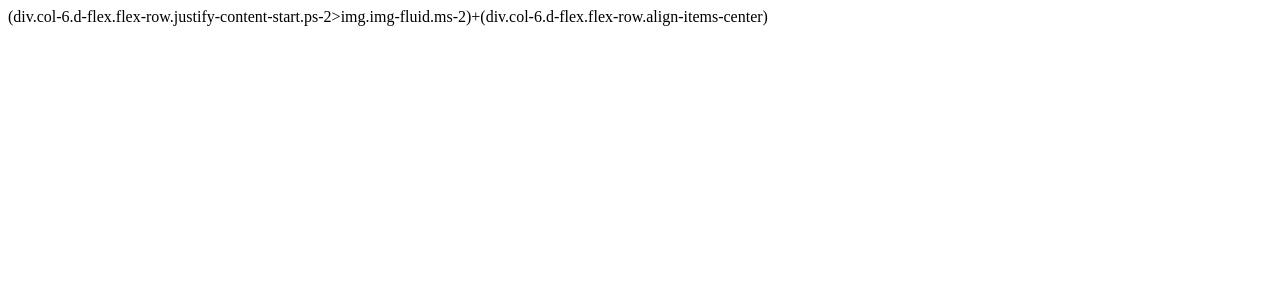
Repository: Rafa-x64/App-de-Tareas-con-AJAX
Page: http://localhost/DEV/src/php/includes/header.php
These files come from the project's save history. The page is drawn as it stood at one moment and after the next save; the edit follows.
The browser window is 1280 px wide. The pictures show the whole page.
The page is run by PHP 8.4 with error messages shown; the project is at /var/www/html/.

Above is the page before, as saved 2025-08-23 19:22:09.

After the next save:
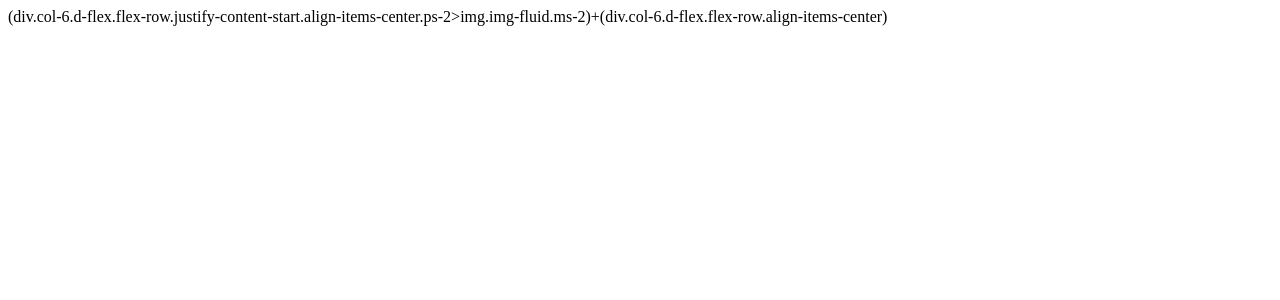
Saved 10 s later.
--- a/src/php/includes/header.php
+++ b/src/php/includes/header.php
@@ -1,5 +1,5 @@
 <header class="container-fluid">
     <div class="row d-flex flex-row justify-content-center">
-        (div.col-6.d-flex.flex-row.justify-content-start.ps-2>img.img-fluid.ms-2)+(div.col-6.d-flex.flex-row.align-items-center)
+        (div.col-6.d-flex.flex-row.justify-content-start.align-items-center.ps-2>img.img-fluid.ms-2)+(div.col-6.d-flex.flex-row.align-items-center)
     </div>
 </header>
